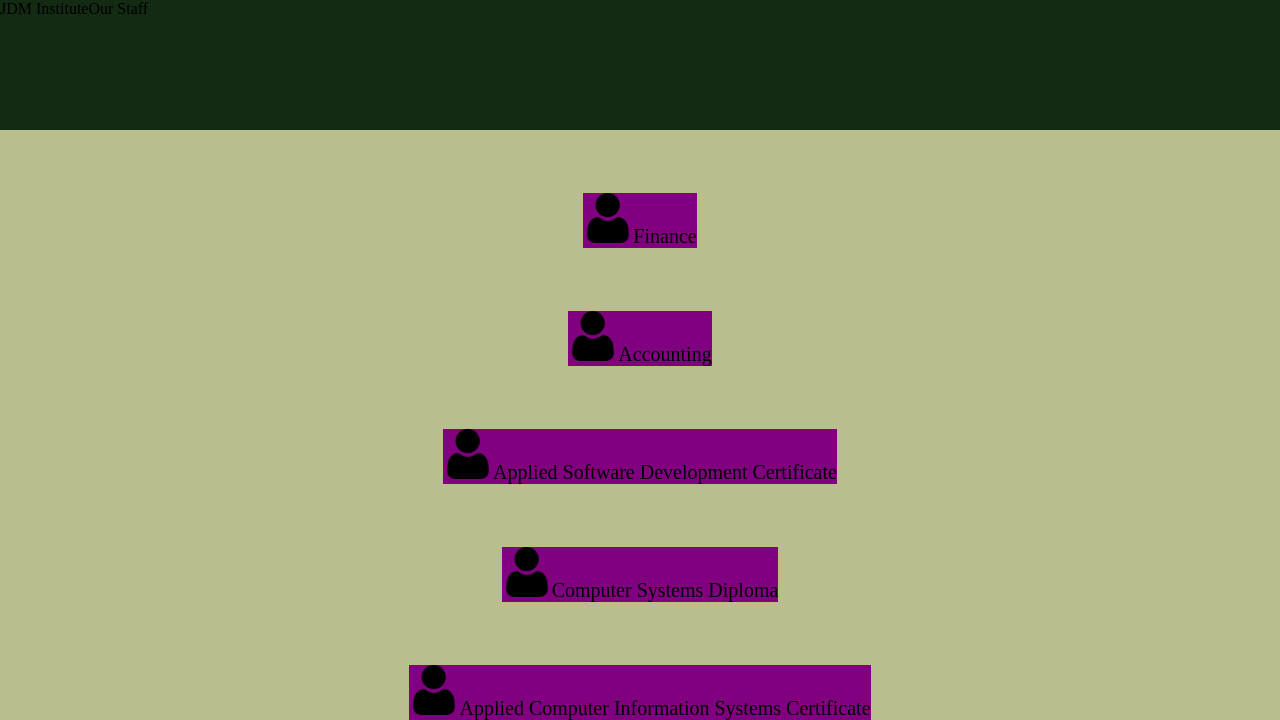
Repository: jennydmcm/class03practice
Page: /
An editor plug-in stored every save of this project. The page is shown before and after the next save, followed by the edit.
The browser window is 1280 px wide. The pictures show the whole page.
The project was rebuilt for these pictures with package versions that can differ from the ones it lists, and the page was loaded fresh each time. The framework's server and built-in components were replaced by stand-ins that run in the browser. Also part of the build but not shown: next.config.js.

Above is the page before, as saved 2023-01-24 19:17:45.

After the next save:
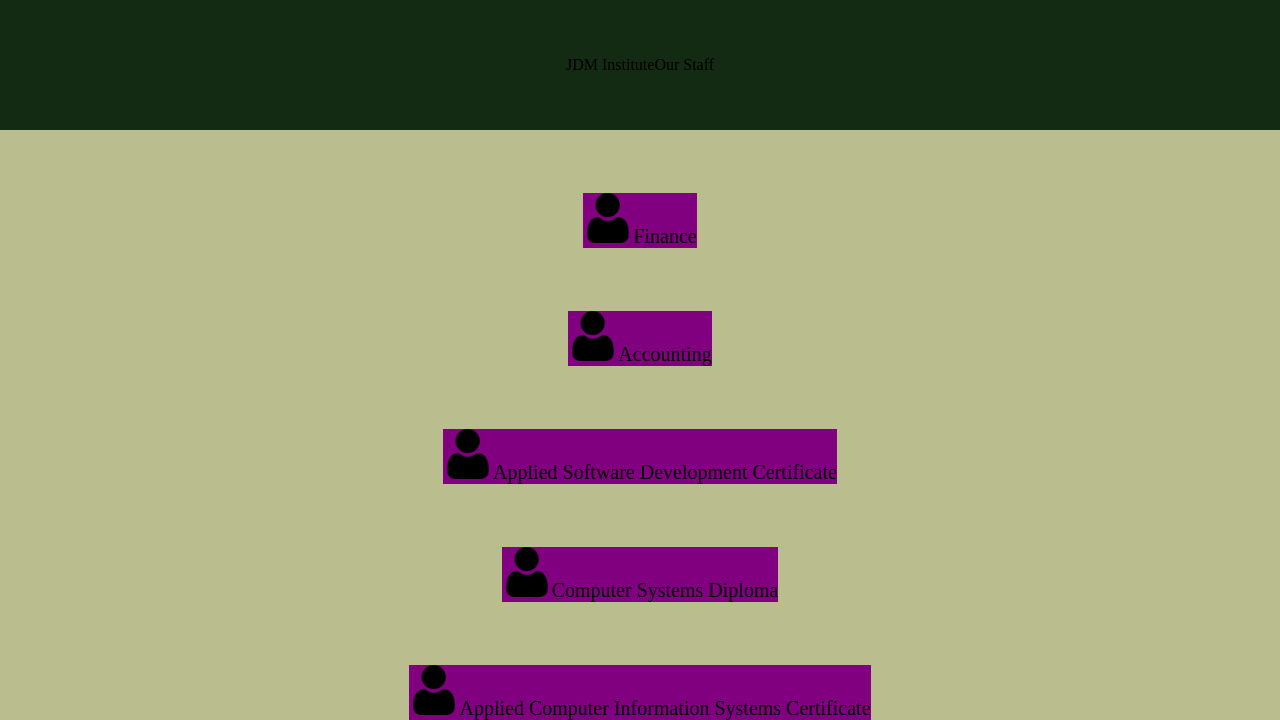
Saved 35 s later.
--- a/styles/Home.module.css
+++ b/styles/Home.module.css
@@ -15,6 +15,8 @@
   width: 100%;
   height: 130px;
   background-color: #132A13;
+  justify-content: center;
+  align-items: center;
 
 
 }
